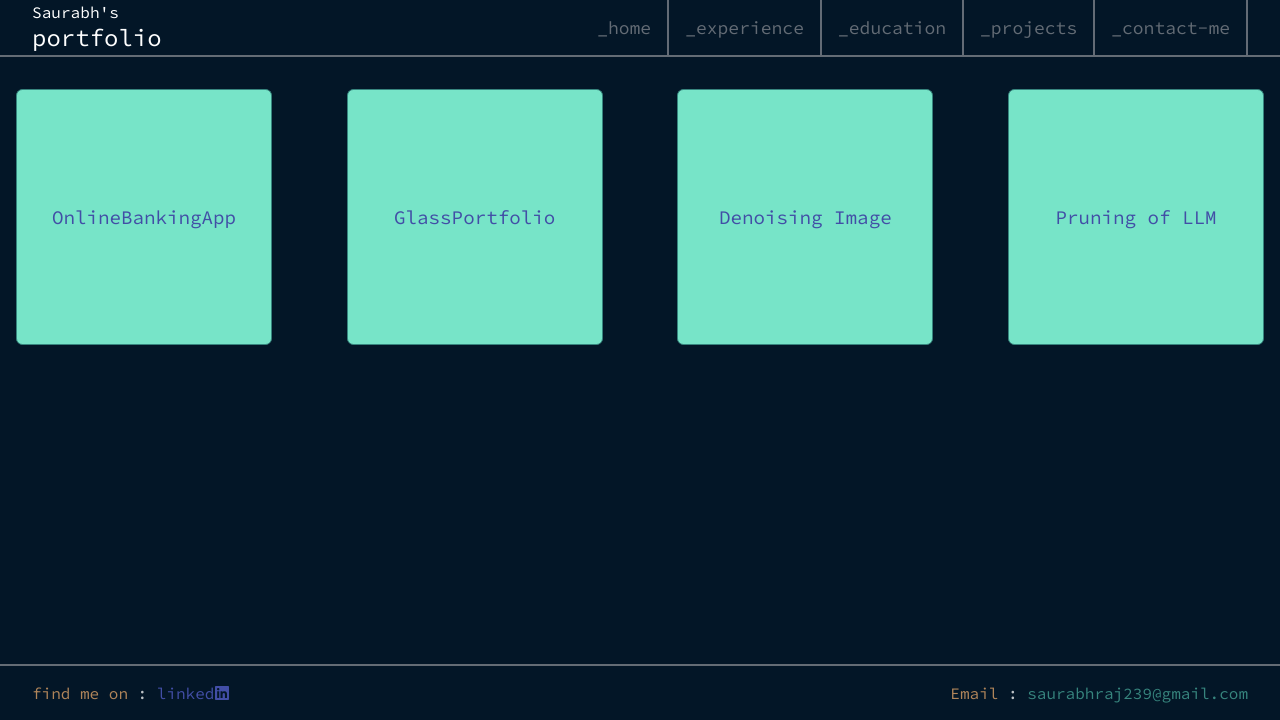
Repository: saurabhraj23/FrontendReactPortfolio
Page: /projects
These files come from the project's save history. The page is drawn as it stood at one moment and after the next save; the edit follows.
The browser window is 1280 px wide. The pictures show the whole page.
The project was rebuilt for these pictures with package versions that can differ from the ones it lists, and the page was loaded fresh each time. Also part of the build but not shown: vite.config.js, src/components/Education.jsx, src/components/Experience.jsx, src/components/Contacts.jsx, src/styles/default-page.css, src/components/DefaultPage.jsx.

Above is the page before, as saved 2024-07-23 14:48:05.

### index.html
<!doctype html>
<html lang="en">
  <head>
    <meta charset="UTF-8" />
    <link rel="icon" type="image/svg+xml" href="" />
    <meta name="viewport" content="width=device-width, initial-scale=1.0" />
    <title>Saurabh's portfolio</title>
  </head>
  <body>
    <div id="root"></div>
    <script type="module" src="/src/main.jsx"></script>
  </body>
</html>

### src/App.jsx
import React from "react";
import { BrowserRouter as Router, Route, Routes } from "react-router-dom";
import "./styles/App.css";
import Home from "./components/Home";
import Education from "./components/Education";
import Experience from "./components/Experience";
import Contacts from "./components/Contacts";
import Projects from "./components/Projects";
import Heading from "./components/Heading";
import Footer from "./components/Footer";
import DefaultPage from "./components/DefaultPage";

function App() {
  return (
    <div className="main">
      <Router>
        <Heading />
        <Routes>
          <Route path="/" element={<Home />}>
            <Route path="/" element={<DefaultPage />} />
            <Route path="/education" element={<Education />} />
            <Route path="/experience" element={<Experience />} />
            <Route path="/contacts" element={<Contacts />} />
            <Route path="/projects" element={<Projects />} />
          </Route>
        </Routes>
        <Footer />
      </Router>
    </div>
  );
}

export default App;

### src/styles/App.css
@import "./color.css";
@import "./experience.css";
@import "./education.css";
@import "./project.css";
@import "./header.css";
@import "./contact-me.css";
@import "./footer.css";
@import "./default-page.css";


*{
  margin:0;
  padding: 0;
  box-sizing: border-box;
  font-family: "Source Code Pro";
  font-weight: 400;
}

.main{
  background-color: var(--bg-color);
  color: var(--primary-white);
  height: 100vh;
  width: 100%;
  display: grid;
  grid-template-rows: 1fr 8fr 1fr;
  grid-template-columns: 4fr 3fr;
padding: 0;
}

### src/components/Home.jsx
import React from "react";
import { Outlet } from "react-router-dom";

function Home() {
  return (
    <>
      <Outlet />
    </>
  );
}

export default Home;

### src/components/Projects.jsx
import React from "react";
import "../styles/App.css";
import { Link } from "react-router-dom";
import py from "../assets/py.png";
function Projects() {
  return (
    <>
      <div className="projects-left-side"></div>
      <div className="projects-right-side">
        <Link to={"https://github.com/saurabhraj23/OnlineBankingAppKPMG"}>
          <button className="project-item">
            <span>
              <span className="skills">
                <span className="skill-heading">Skills Used</span>
                <span>
                  Java , SpringBoot , React , Javascript , MYSQL , CSS , HTML
                </span>
              </span>
              <span>
                This Project was part of my KPMG Internship.In this I was
                assigned the task to implement security in the Web App.I have
                successfuly secured the app using RSA encryption technique.
              </span>
            </span>
            <span>OnlineBankingApp</span>
          </button>
        </Link>
        <Link to={"https://github.com/saurabhraj23/Glass-Portfolio"}>
          <button className="project-item">
            <span>
              <span className="skills">
                <span className="skill-heading">Skills Used :</span>
                <span>HTML , CSS , Javascript</span>
              </span>
              <span>
                The Website consists of some animation with glass design
                interface.Javascript DOM is used to perform click event.CSS
                property is extensively used to give the portfolio website a
                desirable look.
              </span>
            </span>
            <span>GlassPortfolio</span>
          </button>
        </Link>
        <Link to={"https://github.com/saurabhraj23/Denoising-Image"}>
          <button className="project-item">
            <span>
              <span className="skills">
                <span className="skill-heading">Skills Used</span>
                <span>Python , OpenCV</span>
              </span>
              <span>
                This project was meant to remove the periodic noise from the
                image by using Butterworth Low Pass Filter.
              </span>
            </span>
            <span>Denoising Image</span>
          </button>
        </Link>
        <Link to={"https://github.com/saurabhraj23/Pruning"}>
          <button className="project-item">
            <span>
              <span className="skills">
                <span className="skill-heading">Skills Used :</span>
                <span>Python , Flask , HuggingFace-cli , Linux</span>
              </span>
              <span>
                The Project aimed to demonstrate the capabilities of Kortex in
                enhancing AI-based operations within KPMG.I successfully
                completed the tasks assigned to me by implementing User
                Management functionalities , Optimizing and Prunining LLM models
                within Kortex.
              </span>
            </span>
            <span> Pruning of LLM</span>
          </button>
        </Link>
      </div>
    </>
  );
}

export default Projects;

### src/components/Heading.jsx
import React from "react";
import Navbar from "./Navbar";
function Heading() {
  return (
    <header className={"heading"}>
      <h2>
        <h6>Saurabh's</h6>
        portfolio
      </h2>
      <Navbar />
    </header>
  );
}

export default Heading;

### src/components/Footer.jsx
import React from "react";
import { Link } from "react-router-dom";
import { FaLinkedin } from "react-icons/fa";

function Footer() {
  return (
    <footer className="footer">
      <div>
        <span>find me on</span> <span>&nbsp;:</span>
        <Link to={"https://www.linkedin.com/in/saurabhraj239/"}>
          <span>
            &nbsp;linked
            <FaLinkedin />
          </span>
        </Link>
      </div>
      <div>
        <span>Email</span> <span> :</span>
        <span> saurabhraj239@gmail.com</span>
      </div>
    </footer>
  );
}

export default Footer;

### src/styles/color.css
@import url('https://fonts.googleapis.com/css2?family=Source+Code+Pro:ital,wght@0,200..900;1,200..900&display=swap');

:root {
--bg-color:#031627;
--primary-white:#fff;
--primary-dark:#d3d0d076;
--secondary-blue:#424ea6;
--tertiary-green:#37857e;
--tertiary-green-dark:#77E4C8;
--tertiary-brown-light:#D4BDAC;
--tertiary-orange:#b0855a;

}

### src/styles/experience.css
@import "./color.css";

.experience-left-side{
  display: none;
}
.experience-right-side{
  margin: 2rem;
  grid-column: 1/3;

}
.experience-right-side > div:first-child{
  display: flex;
  justify-content: space-between;
}
.experience-right-side>div:first-child>span:nth-child(2) span{
display: inline-block;
}
.experience-right-side>div:first-child>span:nth-child(2)>span:nth-child(2){
  animation: present 2s infinite alternate ease-in-out;

}

@keyframes present {
  from{

    opacity: 0;
  }
  to{

    opacity: 1;
  }
}

.experience-right-side>div:first-child>span:first-child{
  font-size: 1.4rem;
  color: var(--secondary-blue);
  font-weight: 600;
  margin-bottom: 3rem;
  text-decoration: underline;
}

.experience-right-side span{
  display: block;
}

.internship-details{
  display: flex;
  flex-direction: column;
}
.internship-details>span:first-child{
  font-size: 1.2rem;
  color: var(--tertiary-green);
  font-weight: 600;
  letter-spacing: 0.2rem;
  margin-bottom:1rem ;


}
.internship-details>span:nth-child(2){
  /* letter-spacing: 0.1rem; */
  color: var(--tertiary-brown-light);

}

.internship-details>span:nth-child(2)>span:first-child{
  font-size: 1.1rem;
  font-weight: 500;
  color: var(--tertiary-orange);

}


.internship-details>span:first-child span{
  display: inline-block;

}

.internship-details>span:nth-child(2)>span:first-child{
  letter-spacing: 0.2rem;
}

.internship-details>span:first-child>span:first-child{
  animation: arrowMove 1.6s infinite alternate ease-in-out;
  }

.fte-details{
  display: flex;
  flex-direction: column;
  margin-top: 2rem;

}
.fte-details>span:first-child{
  font-size: 1.2rem;
  color: var(--tertiary-green);
  font-weight: 600;
  letter-spacing: 0.2rem;
  margin-bottom: 1rem;

}

.fte-details>span:nth-child(2){
  color: var(--tertiary-brown-light);
}

.fte-details>span:nth-child(2)>span:nth-child(1)>span:first-child{
  color: var(--tertiary-orange);
  font-size: 1.1rem;
  font-weight: 500;
  }

.fte-details>span:nth-child(2)>span:nth-child(2)>span:first-child{
  letter-spacing: 0.2rem;
}
.fte-details>span:nth-child(2)>span:nth-child(1)>span:first-child{
  letter-spacing: 0.2rem;
}

.fte-details>span:nth-child(2)>span:nth-child(2){
  margin-top: 1rem;
}
.fte-details>span:nth-child(2)>span:nth-child(2)>span:first-child{
font-size: 1.1rem;
font-weight: 500;
color: var(--tertiary-orange);
}

.fte-details>span:first-child span{
  display: inline-block;
}

.fte-details>span:first-child>span:first-child{
animation: arrowMove 1.6s infinite alternate ease-in-out;
}

@keyframes arrowMove {
  from{
    transform: translateX(-0.6rem);
  }
  to{
    transform: translateX(0);
  }
}

.current-working  span{
  display: inline-block;
  animation: colorChange 2s infinite alternate ease-in-out ;

}

@keyframes colorChange {
  from{
color: var(--tertiary-brown-light);
  }

  to{
    color: var(--primary-white);

  }
}
.current-working{
  display: flex;
  flex-direction: row;
}

### src/styles/education.css
 @import "./color.css";

.education-left-side{
  display: none;
}
.education-right-side{
  margin: 2rem ;
  grid-column: 1/3;

}

.education-right-side{
  display: flex;
  flex-direction: column;
}

.degrees{
  display: flex;
  justify-content: space-between;
  margin-bottom: 2rem;
}

.degrees>span:first-child>h2{
  color: var(--tertiary-orange);
}
.degrees>span:first-child>h4{
  color: var(--tertiary-green);
}
.degrees>span:first-child>h5{
  color: var(--tertiary-brown-light);
  font-weight: 600;
}

.degrees>span:first-child>h3{
  display: flex;
  flex-direction: row;
}

.degrees>span:first-child>h3>span:nth-child(2){
  color: var(--tertiary-green-dark);
  animation: passed 2s infinite alternate ease-in-out;
}

@keyframes passed {
  from{
opacity: 0;
  }
  to{
opacity: 1;
  }
}
.degrees span:first-child {
  display: flex;
  flex-direction: column;
  gap: 0.6rem;
}
.degree-year{
  color: var(--tertiary-orange);
}

### src/styles/project.css
.projects-left-side{
  border: 1px solid red;
  display: none;
}
.projects-right-side{
  grid-column: 1/3;
  padding: 1rem;
  display: flex;
  justify-content: space-between;
  text-decoration: none;
}

.projects-right-side > a{
  text-decoration: none;
}

.project-item{
  width: 20vw;
  height: 20vw;
  display: flex;
  justify-content: center;
  align-items: center;
  position: relative;
  flex-direction: column;
  border-radius: 0.4rem ;
  border: none;
  background-color: var(--tertiary-green-dark);
  border: 0.12rem solid var(--tertiary-green);
  backdrop-filter: blur(5px);

}

.project-item:hover{

  cursor: pointer;
  box-shadow: 0 0.12rem 0.6rem 0.2rem var(--tertiary-orange);
  border: 0.20rem solid var(--secondary-blue);


}

.project-item span{
  display: inline-block;
  padding: 0.5rem;
}


.project-item>span:first-child{
  display: none;
}

.project-item:hover span:first-child{
  display: contents;
  color: var(--tertiary-orange);
  transition: all 2s;
}

.project-item>span:last-child{
  color: var(--secondary-blue);
transition: all 2s;
font-size: 1.2rem;
}

.project-item:hover >span:last-child{
  width: 100%;
  position: absolute;
  bottom: 0;
  text-align: center;
  font-size: 1.4rem;
  }

  .project-item:hover::before{
content: "_click to visit the github repo";
position: absolute;
bottom: -2rem;
color: var(--tertiary-orange);
  }

### src/styles/header.css
.heading{
  grid-column: 1/3;
  display: flex;
  justify-content: space-between;
  align-items: center;
  border-bottom: 0.16rem solid var(--primary-dark);
  padding:0 2rem;
  margin-bottom: 1rem;
  }

  nav button{
    padding: 1rem;
    background-color: transparent;
    cursor: pointer;
    font-size: large;
    color: var(--primary-dark);
    border: none;
    border-right: 0.16rem solid var(--primary-dark);
  }

  nav button:hover{
    color: var(--primary-white);
    box-shadow: inset 0 -0.16rem 0 0 var(--tertiary-green);

  }

  .active{
    /* box-shadow: inset 0 -0.16rem 0 0 var(--tertiary-green); */
    color: var(--tertiary-green);
  }

### src/styles/contact-me.css
@import "../styles/color.css";

.contact-me-left-side{
  display: none;
}

.contact-me-right-side{
  grid-column: 1/3;
  display: grid;
  grid-template-columns: 2fr 1.1fr;
padding:  0 2rem;
}

.contact-me-left{
  /* border: 1px solid green; */
  padding: 1rem 2rem;
display: flex;
flex-direction: column;
gap: 0.7rem;

}

.contact-me-right{
  background-color: var(--primary-white);
  border-radius: 3%;
  padding: 1rem 2rem;
  color: var(--tertiary-green);
}

.image{
display: flex;
flex-direction: column;
align-items: center;
justify-content: center;
position: relative;
}

.image>img{
  width: 40%;
  object-fit: contain;
  border-radius: 50%;
  position: relative;
  z-index: 10;
}

.contact-me-left>span:first-child {
  font-size: 2.2rem;
  letter-spacing: 0.4rem;
  font-weight: 500;
}
.contact-me-left>span:first-child span{
  font-size: 2rem;
  letter-spacing: 0.4rem;
  color: var(--tertiary-green-dark);
  font-weight: 500;

}

.contact-me-left span{
  font-size: 1rem;
}
.contact-me-left a{
  text-decoration: none;
}
.contact-me-left a:visited{
color: var(--primary-white);
}

.circle{
  /* border: 1px solid red; */
  width: 44%;
  padding-top: 44%;
  border-radius: 50%;
  position: absolute;
  background-color: var(--tertiary-green);
  /* transform: translateX(-4rem); */
  z-index: 8;
  animation: round 4s infinite alternate ease-in-out;
}

@keyframes round {
  from{
background-color: val(--bg-color);
transform: scale(0);
  }
  50%{
    background-color: val(--secondary-blue);
    transform: scale(0.9);
  }
  to{
    background-color: val(--tertiary-green);
    transform: scale(1);
  }
}

.contact-details>span:first-child{
color: var(--tertiary-green-dark);
}

form{
display: flex;
flex-direction: column;
font-size: larger;
letter-spacing: 0.1rem;


}
.contact-me-form-heading{
text-align: center;
font-size: 2rem;
  width: 100%;

padding: 0.6rem;
border-radius: 0.4rem;
letter-spacing: 0.2rem;
box-shadow: 0 0.12rem 0 0.2rem var(--tertiary-green);

}


.contact-me-form-heading>span{

}

.fields{
  display: flex;
  flex-direction: column;
  margin-top: 1.8rem;

}

.fields>input{
  height: 2rem;
  border: none;
  outline: none;
  border-bottom: 0.16rem solid var(--primary-dark);
  font-size: 1rem;
  box-sizing:border-box;
  padding: 0.6rem;
  letter-spacing: 0.1rem;


}

.fields>input:focus{
border-bottom: 0.2rem solid var(--tertiary-green);

}

form div:nth-of-type(5)>textarea{
/* height: 8rem; */
outline: 0.12rem solid var(--primary-dark);
border-radius: 0.4rem;
padding-left: 1rem;
margin-top: 1rem;
padding: 0;
border: none;
border-bottom: 0.16rem solid var(--primary-dark);
font-size: 1rem;
resize: none;
box-sizing: border-box;
padding:0.6rem ;
}

.fields>textarea:focus{
  /* border-bottom: 0.2rem solid var(--tertiary-green); */
  box-shadow: 0 0.2rem 0 0 var(--tertiary-green)

  }

form> button{
font-size: large;
padding: 0.6rem 0.6rem;
border-radius: 2rem;
border: none;
cursor: pointer;
color: var(--primary-white);
background-color: var(--tertiary-green);
margin-top: 1rem;
}

.radio{
  display: flex;
  flex-direction: row;
  justify-content: space-evenly;
padding-top: 2rem;
}

.radio>span>label{
margin-left: 1rem;
/* font-size: larger; */
}

.radio>span>input{
  scale: 1.2;
  }

### src/styles/footer.css
.footer{
  grid-column: 1/3;
  display: flex;
  flex-direction: row;
  justify-content: space-between;
  align-items: center;
  padding: 0 2rem;
  border-top: 0.16rem solid var(--primary-dark);
margin-top: 1rem;
}

.footer > div:first-child{
  display: flex;
  align-items: center;
  justify-content: center;
}

.footer > div:first-child > span:first-child{
  color: var(--tertiary-orange);
}
.footer > div:first-child > a>span{
  color: var(--secondary-blue);
  display: flex;
  align-items: center;
  justify-content: center;
}

.footer > div:nth-of-type(2) > span:nth-of-type(1){
  color: var(--tertiary-orange);
}
.footer > div:nth-of-type(2) > span:nth-of-type(3){
  color: var(--tertiary-green);
}

.footer>div:first-child >a{
text-decoration: none;
color: var(--secondary-blue);
}

.footer>div:first-child span:nth-child(2){
  animation: blink 2s infinite alternate linear;
}
.footer>div:last-child span:nth-child(2){
  animation: blink 2s infinite alternate linear;
  color: white;
}

@keyframes blink {
  from{
    opacity: 0;
  }
  to{
    opacity: 1;
  }
}

### src/components/Navbar.jsx
import React, { useRef, useState } from "react";
import { Link } from "react-router-dom";

function Navbar() {
  const navBar = [
    { path: "/", label: "_home" },
    { path: "/experience", label: "_experience" },
    { path: "/education", label: "_education" },
    { path: "/projects", label: "_projects" },
    { path: "/contacts", label: "_contact-me" },
  ];

  const [activeIndex, setActiveIndex] = useState(false);

  return (
    <nav>
      {navBar.map((element, idx) => (
        <Link key={idx} to={element.path}>
          <button
            className={activeIndex === idx ? "active" : ""}
            onClick={() => {
              setActiveIndex(idx);
            }}
          >
            {element.label}
          </button>
        </Link>
      ))}
    </nav>
  );
}

export default Navbar;

Loaded but not shown: src/main.jsx (common file); src/index.css (no stored copy; drawn as an empty file)

After the next save:
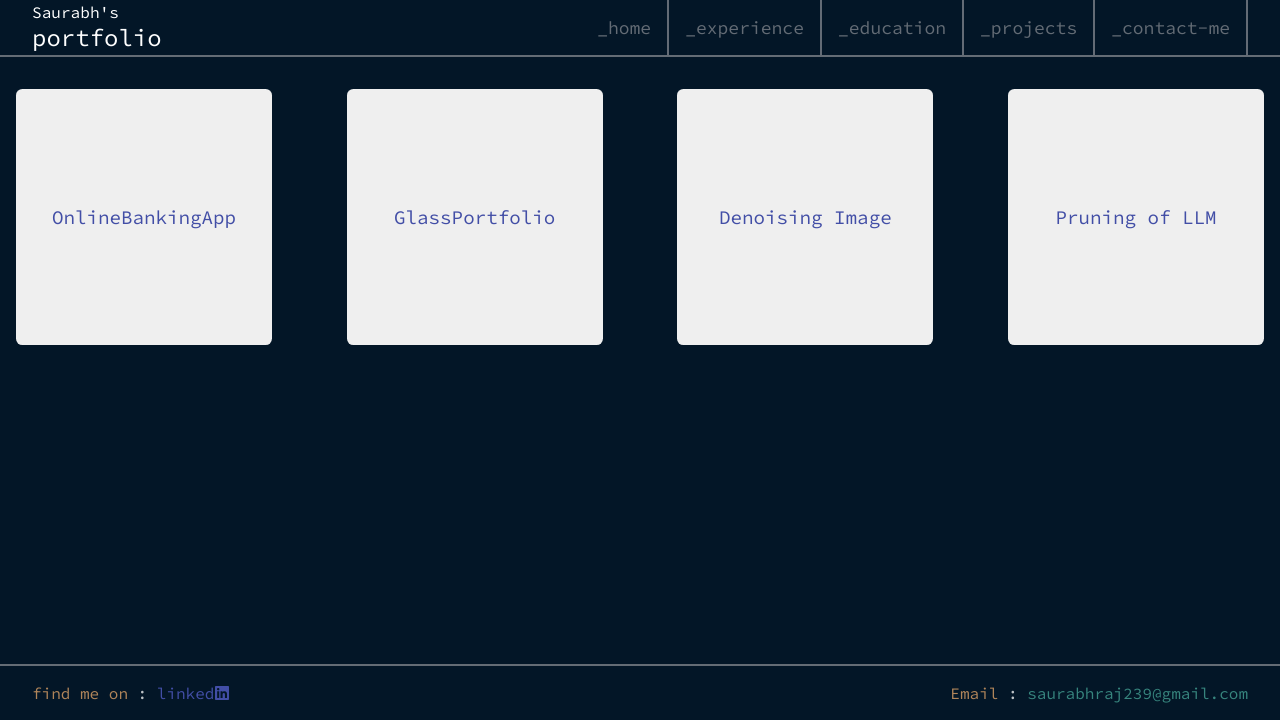
Saved 37 s later.
--- a/src/styles/project.css
+++ b/src/styles/project.css
@@ -24,14 +24,9 @@
   flex-direction: column;
   border-radius: 0.4rem ;
   border: none;
-  background-color: var(--tertiary-green-dark);
-  border: 0.12rem solid var(--tertiary-green);
-  backdrop-filter: blur(5px);
-
 }
 
 .project-item:hover{
-
   cursor: pointer;
   box-shadow: 0 0.12rem 0.6rem 0.2rem var(--tertiary-orange);
   border: 0.20rem solid var(--secondary-blue);
